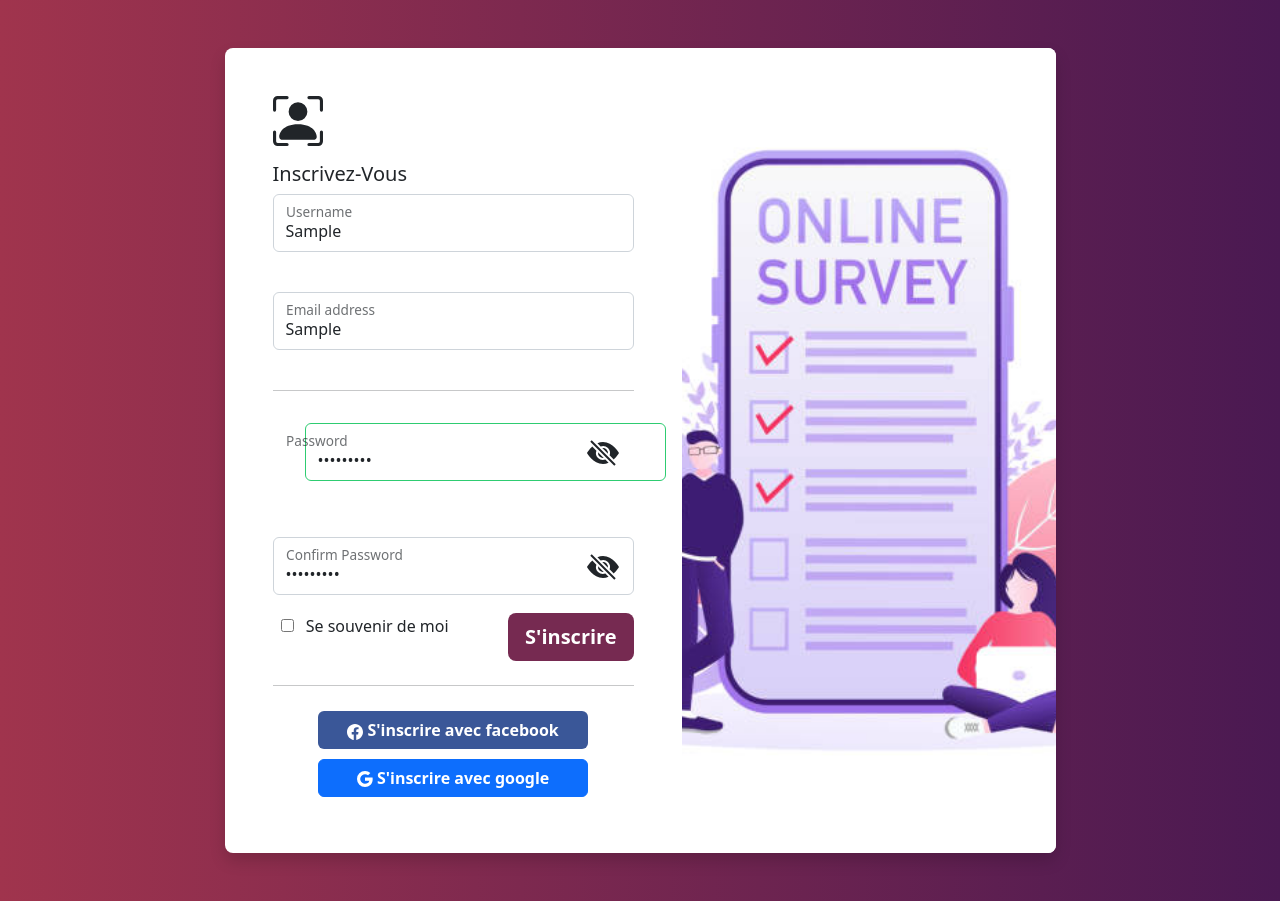
Repository: Djiamil/testsMoustaphaDER
Page: index.html
The author's editor kept a copy of each file at every save. The page is drawn from the files as they stood at one save, then again after a run of saves.
The browser window is 1280 px wide. The pictures show the whole page.
Empty fields were first filled with sample values (such as "Sample", 5 or name@example.com).
After loading, the first visible `#password` was changed once.

Above is the page before, as saved 2022-12-09 11:41:44.

### index.html
<!DOCTYPE html>
<html lang="en">
<head>
    <meta charset="UTF-8">
    <meta http-equiv="X-UA-Compatible" content="IE=edge">
    <meta name="viewport" content="width=device-width, initial-scale=1.0">
    <title>Formulaire d'inscription Futur Digital</title>
    <link rel="stylesheet" href="https://cdn.jsdelivr.net/npm/bootstrap@5.2.3/dist/css/bootstrap.min.css" integrity="sha384-rbsA2VBKQhggwzxH7pPCaAqO46MgnOM80zW1RWuH61DGLwZJEdK2Kadq2F9CUG65" crossorigin="anonymous">
    <link rel="stylesheet" href="style.css">
</head>
<body>
    <div class="container">
        <div class="row">
          <div class="col-lg-10 col-xl-9 mx-auto">
            <div class="card flex-row my-5 border-0 shadow rounded-3 overflow-hidden">
                <div class="card-body p-4 p-sm-5">
                    <div class="d-flex flex-column">
                        <svg xmlns="http://www.w3.org/2000/svg" width="50" height="50" fill="currentColor" class="bi bi-person-bounding-box mb-3" viewBox="0 0 16 16">
                            <path d="M1.5 1a.5.5 0 0 0-.5.5v3a.5.5 0 0 1-1 0v-3A1.5 1.5 0 0 1 1.5 0h3a.5.5 0 0 1 0 1h-3zM11 .5a.5.5 0 0 1 .5-.5h3A1.5 1.5 0 0 1 16 1.5v3a.5.5 0 0 1-1 0v-3a.5.5 0 0 0-.5-.5h-3a.5.5 0 0 1-.5-.5zM.5 11a.5.5 0 0 1 .5.5v3a.5.5 0 0 0 .5.5h3a.5.5 0 0 1 0 1h-3A1.5 1.5 0 0 1 0 14.5v-3a.5.5 0 0 1 .5-.5zm15 0a.5.5 0 0 1 .5.5v3a1.5 1.5 0 0 1-1.5 1.5h-3a.5.5 0 0 1 0-1h3a.5.5 0 0 0 .5-.5v-3a.5.5 0 0 1 .5-.5z"/>
                            <path d="M3 14s-1 0-1-1 1-4 6-4 6 3 6 4-1 1-1 1H3zm8-9a3 3 0 1 1-6 0 3 3 0 0 1 6 0z"/>
                        </svg>
                        <h5 class="card-title  fw-light fs-5">Inscrivez-Vous</h5>
                    </div>
                    <form class="form" id="form">

                    <div class="form-floating mb-3">
                        <input type="text" class="form-control" id="username" placeholder="Username">
                        <label for="username">Username</label>
                        <small>Error message</small>
                    </div>

                    <div class="form-floating mb-3">
                        <input type="text" class="form-control" id="email" placeholder="Enter email">
                        <label for="floatingInputEmail">Email address</label>
                        <small>Error message</small>
                    </div>

                    <hr>

                    <div class="form-floating mb-3" >
                        <svg xmlns="http://www.w3.org/2000/svg" width="16" height="16" fill="currentColor" class="bi bi-eye-slash-fill" viewBox="0 0 16 16" id="eyes" >
                            <path d="m10.79 12.912-1.614-1.615a3.5 3.5 0 0 1-4.474-4.474l-2.06-2.06C.938 6.278 0 8 0 8s3 5.5 8 5.5a7.029 7.029 0 0 0 2.79-.588zM5.21 3.088A7.028 7.028 0 0 1 8 2.5c5 0 8 5.5 8 5.5s-.939 1.721-2.641 3.238l-2.062-2.062a3.5 3.5 0 0 0-4.474-4.474L5.21 3.089z"/>
                            <path d="M5.525 7.646a2.5 2.5 0 0 0 2.829 2.829l-2.83-2.829zm4.95.708-2.829-2.83a2.5 2.5 0 0 1 2.829 2.829zm3.171 6-12-12 .708-.708 12 12-.708.708z"/>
                        </svg>
                        <input type="password" class="form-control" id="password" placeholder="Enter password">

                        <label for="floatingPassword">Password</label>
                        <small>Error message</small>
                    </div>

                    <div class="form-floating mb-3">
                        <svg xmlns="http://www.w3.org/2000/svg" width="16" height="16" fill="currentColor" class="bi bi-eye-slash-fill" viewBox="0 0 16 16" id="eyes1">
                            <path d="m10.79 12.912-1.614-1.615a3.5 3.5 0 0 1-4.474-4.474l-2.06-2.06C.938 6.278 0 8 0 8s3 5.5 8 5.5a7.029 7.029 0 0 0 2.79-.588zM5.21 3.088A7.028 7.028 0 0 1 8 2.5c5 0 8 5.5 8 5.5s-.939 1.721-2.641 3.238l-2.062-2.062a3.5 3.5 0 0 0-4.474-4.474L5.21 3.089z"/>
                            <path d="M5.525 7.646a2.5 2.5 0 0 0 2.829 2.829l-2.83-2.829zm4.95.708-2.829-2.83a2.5 2.5 0 0 1 2.829 2.829zm3.171 6-12-12 .708-.708 12 12-.708.708z"/>
                        </svg>
                        <input type="password" class="form-control" id="password2" placeholder="Confirm your password">
                        <label for="floatingPasswordConfirm">Confirm Password</label>
                    </div>

                    <div class="d-grid mb-2 w-100 d-flex justify-content-between">
                        <div>
                            <input type="checkbox" value="" class="m-2">
                            Se souvenir de moi
                        </div>
                        <button class="btn btn-lg   fw-bold  mr-25" id="btninscription">S'inscrire</button>
                    </div>

                    <hr class="my-4">
                </form>
                <div class="d-flex justify-content-center flex-column align-items-center">
                    <div class="d-grid mb-2 w-75">
                        <button class="btn btn-facebook fw-bold ">
                            <svg xmlns="http://www.w3.org/2000/svg" width="16" height="16" fill="currentColor" class="bi bi-facebook" viewBox="0 0 16 16">
                                <path d="M16 8.049c0-4.446-3.582-8.05-8-8.05C3.58 0-.002 3.603-.002 8.05c0 4.017 2.926 7.347 6.75 7.951v-5.625h-2.03V8.05H6.75V6.275c0-2.017 1.195-3.131 3.022-3.131.876 0 1.791.157 1.791.157v1.98h-1.009c-.993 0-1.303.621-1.303 1.258v1.51h2.218l-.354 2.326H9.25V16c3.824-.604 6.75-3.934 6.75-7.951z"/>
                            </svg>
                            S'inscrire avec facebook
                        </button>
                    </div>
                    <div class="d-grid mb-2 w-75">
                        <button class="btn btn-primary fw-bold ">
                            <svg xmlns="http://www.w3.org/2000/svg" width="16" height="16" fill="currentColor" class="bi bi-google" viewBox="0 0 16 16">
                                <path d="M15.545 6.558a9.42 9.42 0 0 1 .139 1.626c0 2.434-.87 4.492-2.384 5.885h.002C11.978 15.292 10.158 16 8 16A8 8 0 1 1 8 0a7.689 7.689 0 0 1 5.352 2.082l-2.284 2.284A4.347 4.347 0 0 0 8 3.166c-2.087 0-3.86 1.408-4.492 3.304a4.792 4.792 0 0 0 0 3.063h.003c.635 1.893 2.405 3.301 4.492 3.301 1.078 0 2.004-.276 2.722-.764h-.003a3.702 3.702 0 0 0 1.599-2.431H8v-3.08h7.545z"/>
                              </svg> S'inscrire avec google
                        </button>
                    </div>
                </div>
                </div>
                <div class="card-img-left d-none d-md-flex">
                    <!-- Place de l'image qui est a gauche seter dans le css!-->
                  </div>
            </div>
        </div>
    </div>
<script src="https://cdn.jsdelivr.net/npm/bootstrap@5.2.3/dist/js/bootstrap.min.js" integrity="sha384-cuYeSxntonz0PPNlHhBs68uyIAVpIIOZZ5JqeqvYYIcEL727kskC66kF92t6Xl2V" crossorigin="anonymous"></script>
<script src="script.js"></script>
</body>
</html>

### style.css
@import url('https://fonts.googleapis.com/css2?family=Open+Sans:wght@300&display=swap');
:root{
  --success-color: #2ecc71;
  --error-color: #e74c3c;
}
body {
    background: #a0344d;
    background: linear-gradient(to right, #a0344d, #4a1952);
  }

  .card-img-left {
    width: 45%;
    /* Link to your background image using in the property below! */
    background: scroll center url('./image/ins.jpg');
    background-size: cover;
  }

  /* .btn-login {
    font-size: 0.9rem;
    letter-spacing: 0.05rem;
    padding: 0.75rem 1rem;
  } */

  /* .btn-google {
    color: white !important;
    background-color: #2297f4;
  } */

  .btn-facebook {
    color: white !important;
    background-color: #3a5798;
  }
  .form-floating input:focus{
    outline: 0;
    border-color: #777;
}

.form-floating.success input{
    border-color: var(--success-color);
    margin: 2rem;
}

.form-floating.error input{
    border-color: var(--error-color);
}

  .form-floating small{
    color: var(--error-color);
    bottom: 0;
    left: 0;
    visibility: hidden;
}

.form-floating.error small{
    visibility: visible;
}
button{
  position:relative;
  margin-top: 0.1rem;
}
#btninscription{
  background-color: #762a51;
  color: white;
}
#eyes{
  float: right;
  position:absolute;
  margin-top: 4%;
  margin-left: 85%;
  width: 3rem;
  height: 2rem;
  /* position: absolute; */
  /* margin-bottom: 6rem; */
  /* margin-top: 3rem; */
}
#eyes1{
  float: right;
  position:absolute;
  margin-top: 4%;
  margin-left: 85%;
  width: 3rem;
  height: 2rem;
  /* position: absolute; */
  /* margin-bottom: 6rem; */
  /* margin-top: 3rem; */
}

### script.js
const form = document.getElementById('form');
const username = document.getElementById('username');
const email = document.getElementById('email');
const password = document.getElementById('password');
const password2 = document.getElementById('password2');
const eyes = document.getElementById('eyes');
const eyes1 = document.getElementById('eyes1');
e=true;
e1=true;
eyes.addEventListener("click", function(){
    if(e){
        password.setAttribute("type", "text")
        e=false;
    }else{
        password.setAttribute("type", "password")
        e=true;
    }
    });
    eyes1.addEventListener("click", function(){
        if(e1){
            password2.setAttribute("type", "text")
            e1=false;
        }else{
            password2.setAttribute("type", "password")
            e1=true;
        }
    });
password.addEventListener("input",checkPass);
function checkPass(){//Cette fonction verifie le mot de passe
    let mdp = this.value;
    if(/[a-z]/.test(mdp)){
        showSuccess(password)
    }else{
    showError(password,"Le mot passe doit contenir un caracter special")
    }
}


function showError(input, message) {//Afficher les messages d'erreur
    const formControl = input.parentElement;
    formControl.className = 'form-floating error';
    const small = formControl.querySelector('small');
    small.innerText = message;
}

function showSuccess(input) {
    const formControl = input.parentElement;
    formControl.className = 'form-floating success';
}

function checkEmail(input) {//Tester si l'email est valide :  javascript : valid email
    const re = /^(([^<>()\[\]\\.,;:\s@"]+(\.[^<>()\[\]\\.,;:\s@"]+)*)|(".+"))@((\[[0-9]{1,3}\.[0-9]{1,3}\.[0-9]{1,3}\.[0-9]{1,3}\])|(([a-zA-Z\-0-9]+\.)+[a-zA-Z]{2,}))$/;

    if (re.test(input.value.trim().toLowerCase())) {
        showSuccess(input);
    } else {
        showError(input,`Email is not valid!`);
    }
}

function checkRequired(inputArray) {// Tester si les champs ne sont pas vides
    inputArray.forEach(input => {
        if (input.value.trim() === '') {
            showError(input,`${getFieldName(input)} is required`);
        }else{
            showSuccess(input);
        }
    });
}

//
function getFieldName(input) {//Retour le nom de chaque input en se basant sur son id
    return input.id.charAt(0).toUpperCase() + input.id.slice(1);
}
//

//
function checkLength(input, min, max) {//Tester la longueur de la valeur  d'un input
    if(input.value.length < min){
        showError(input, `${getFieldName(input)} must be at least ${min} characters!`)
    }else if(input.value.length > max){
        showError(input, `${getFieldName(input)} must be less than ${max} characters !`);
    }else{
        showSuccess(input);
    }
}
//
function checkPasswordMatch(input1, input2) {//Verifie la conformité des password
    if (input1.value !== input2.value) {
        showError(input2, 'Passwords do not match!');
    }
}

form.addEventListener('submit',function(e){
    e.preventDefault();//Bloquer la soumission du formulaire

    checkpassword(password)
    checkRequired([username, email, password, password2]);
    //
    checkLength(username, 3, 15);
    checkLength(password, 10, 25);
    checkEmail(email);
    checkPasswordMatch(password,password2);


    /*
    function isValidEmail(email) {//Tester si l'email est valide
    const re = /^(([^<>()\[\]\\.,;:\s@"]+(\.[^<>()\[\]\\.,;:\s@"]+)*)|(".+"))@((\[[0-9]{1,3}\.[0-9]{1,3}\.[0-9]{1,3}\.[0-9]{1,3}\])|(([a-zA-Z\-0-9]+\.)+[a-zA-Z]{2,}))$/;
    return re.test(String(email).toLowerCase());
}
*/
});

After the next 2 saves:
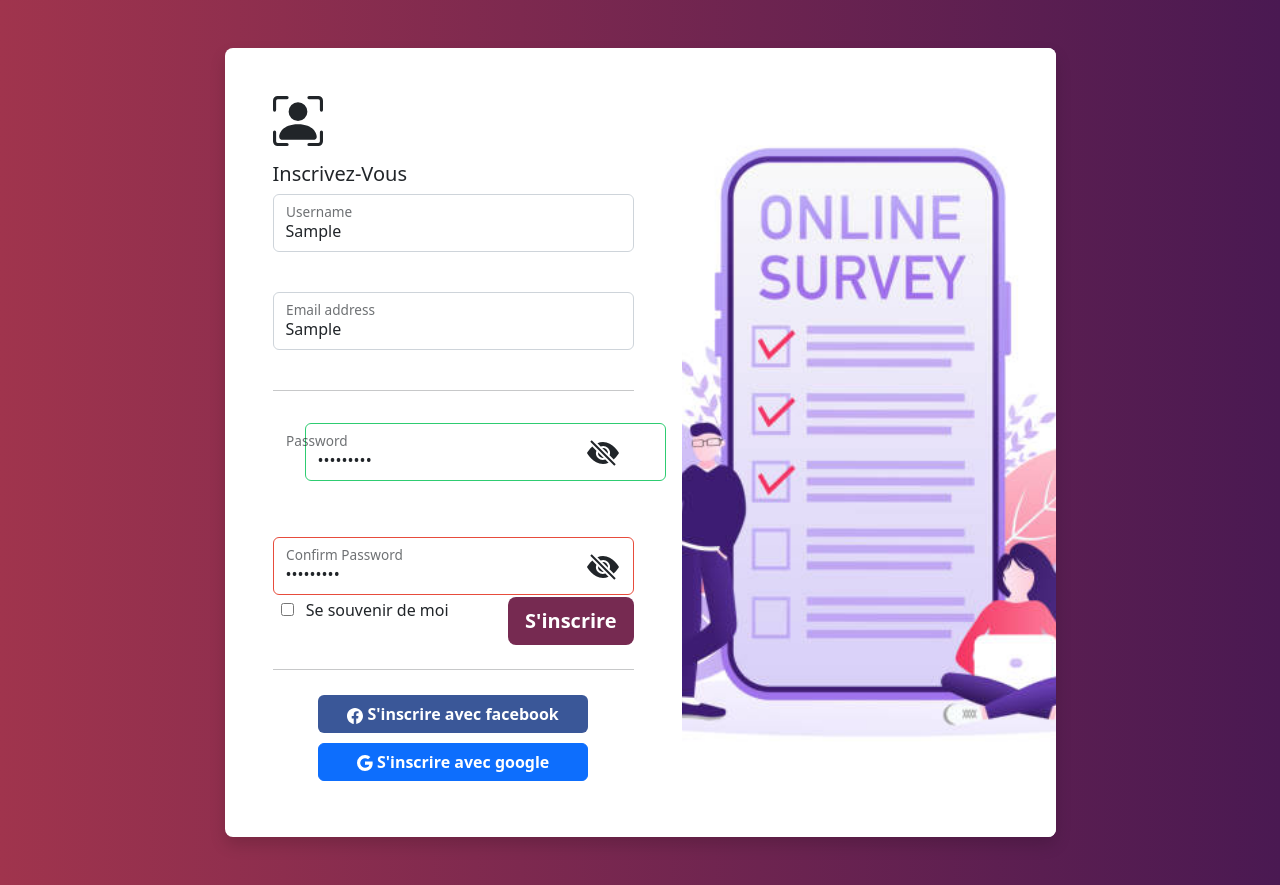
Console error: TypeError: Cannot set properties of null (setting 'innerText')
The 2 saves are shown as one change because they came seconds apart.
The last was saved 12 s later.
--- a/script.js
+++ b/script.js
@@ -30,9 +30,8 @@
     let mdp = this.value;
     if(/[a-z]/.test(mdp)){
         showSuccess(password)
-    }else{
-    showError(password,"Le mot passe doit contenir un caracter special")
-    }
+    }else{}
+    showError(password2,"Le mot passe doit contenir un caracter special")
 }
 
 

After the save that followed:
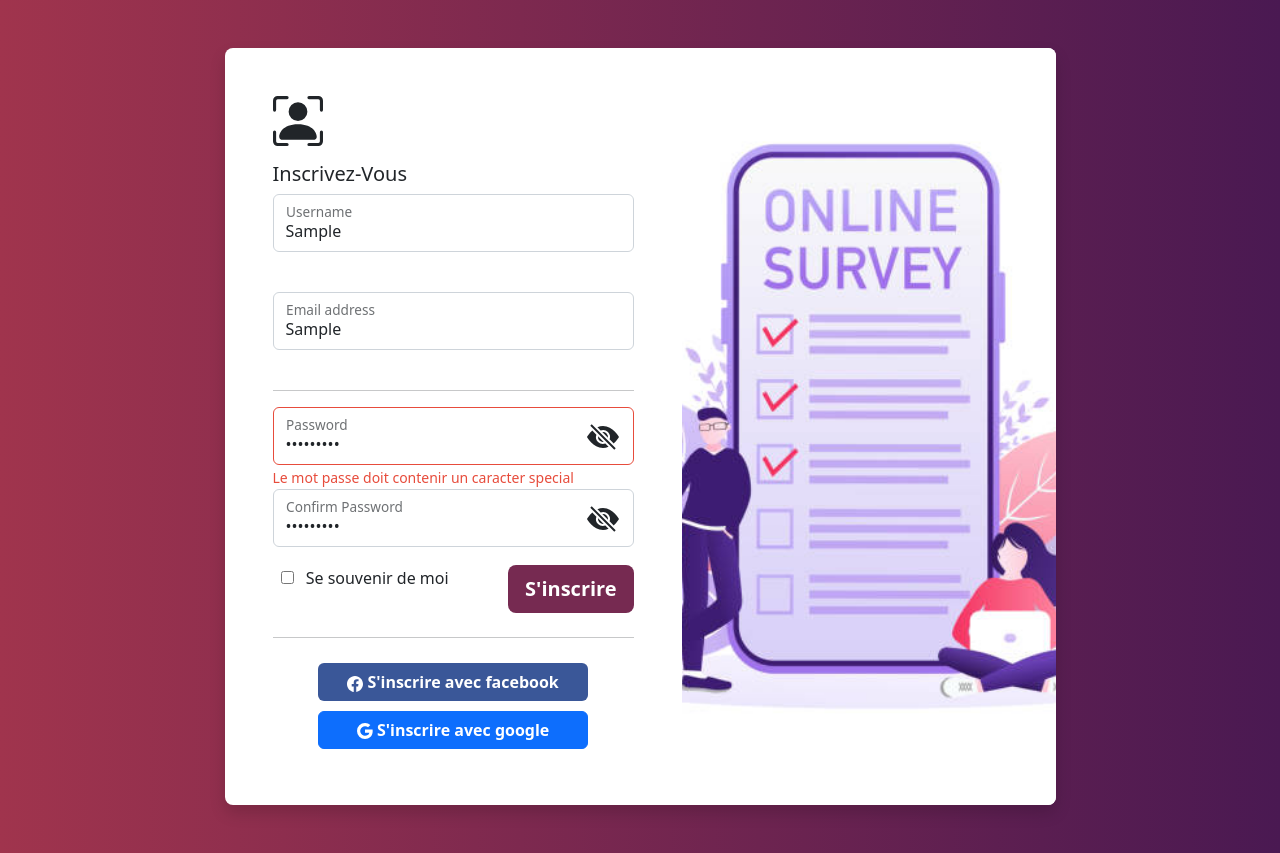
The error is gone.
Saved 4 s later.
--- a/script.js
+++ b/script.js
@@ -31,7 +31,7 @@
     if(/[a-z]/.test(mdp)){
         showSuccess(password)
     }else{}
-    showError(password2,"Le mot passe doit contenir un caracter special")
+    showError(password,"Le mot passe doit contenir un caracter special")
 }
 
 
